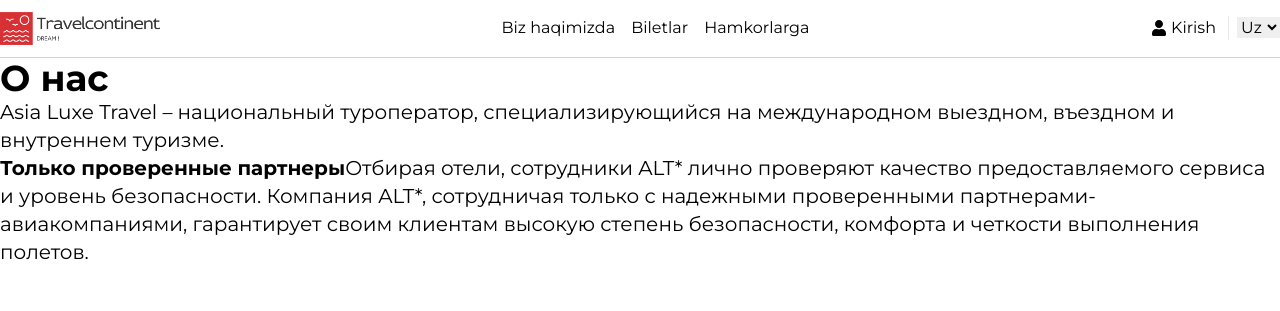
Repository: ziyodbek0300/avia-sales_
Page: /about-us
An editor plug-in stored every save of this project. The page is shown before and after a run of saves, followed by the edit.
The browser window is 1280 px wide. The pictures show the whole page.
The project was rebuilt for these pictures with package versions that can differ from the ones it lists, and the page was loaded fresh each time. Also part of the build but not shown: src/containers/home/Home.jsx.

Above is the page before, as saved 2022-06-04 00:31:26.

After the next 2 saves:
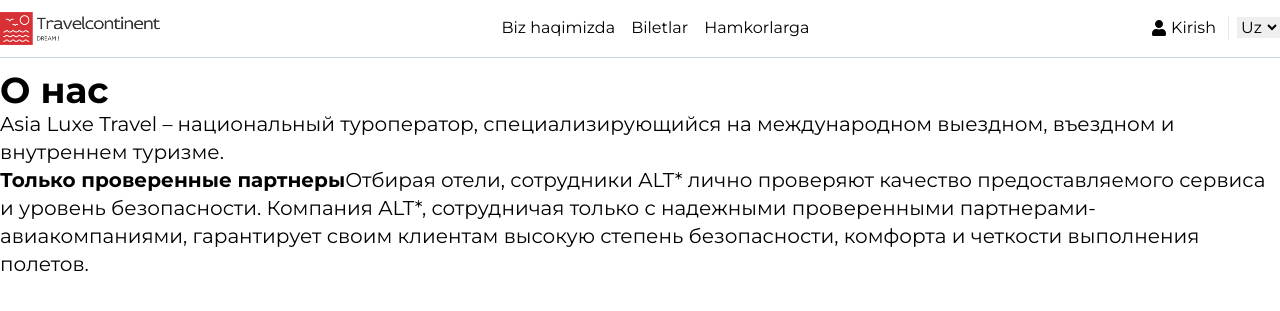
The 2 saves are shown as one change because they came seconds apart.
The last was saved 12 s later.
--- a/src/containers/about/About.jsx
+++ b/src/containers/about/About.jsx
@@ -3,7 +3,7 @@
 function About() {
     return (
         <div className='max-w-7xl mx-auto'>
-            <div>
+            <div className='my-3'>
                 <p className='text-4xl font-bold'>О нас</p>
                 <p className='text-xl'>
                     Asia Luxe Travel – национальный туроператор, специализирующийся на международном выездном, въездном и внутреннем туризме.
